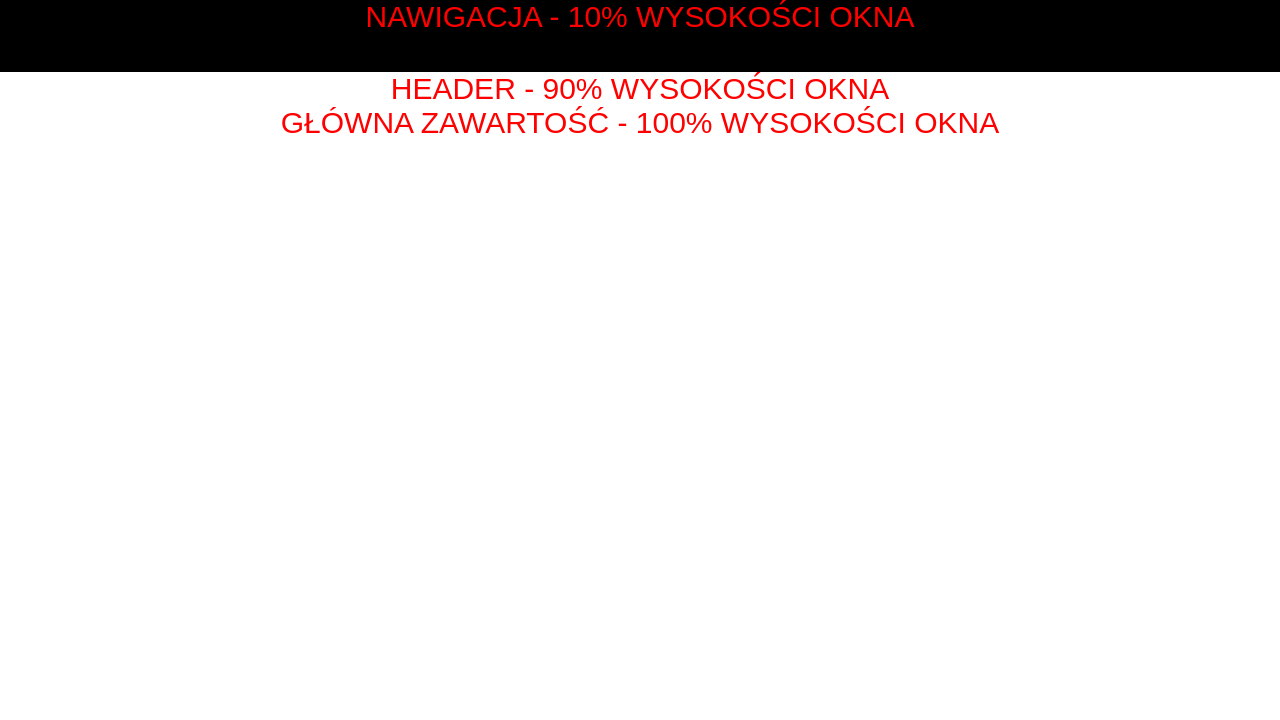
Repository: jasonj2333/advance_CSS
Page: 01-Header, Nav/start.html
These files come from the project's save history. The page is drawn as it stood at one moment and after the next save; the edit follows.
The browser window is 1280 px wide. The pictures show the whole page.

Above is the page before, as saved 2019-04-23 18:29:28.

After the next save:
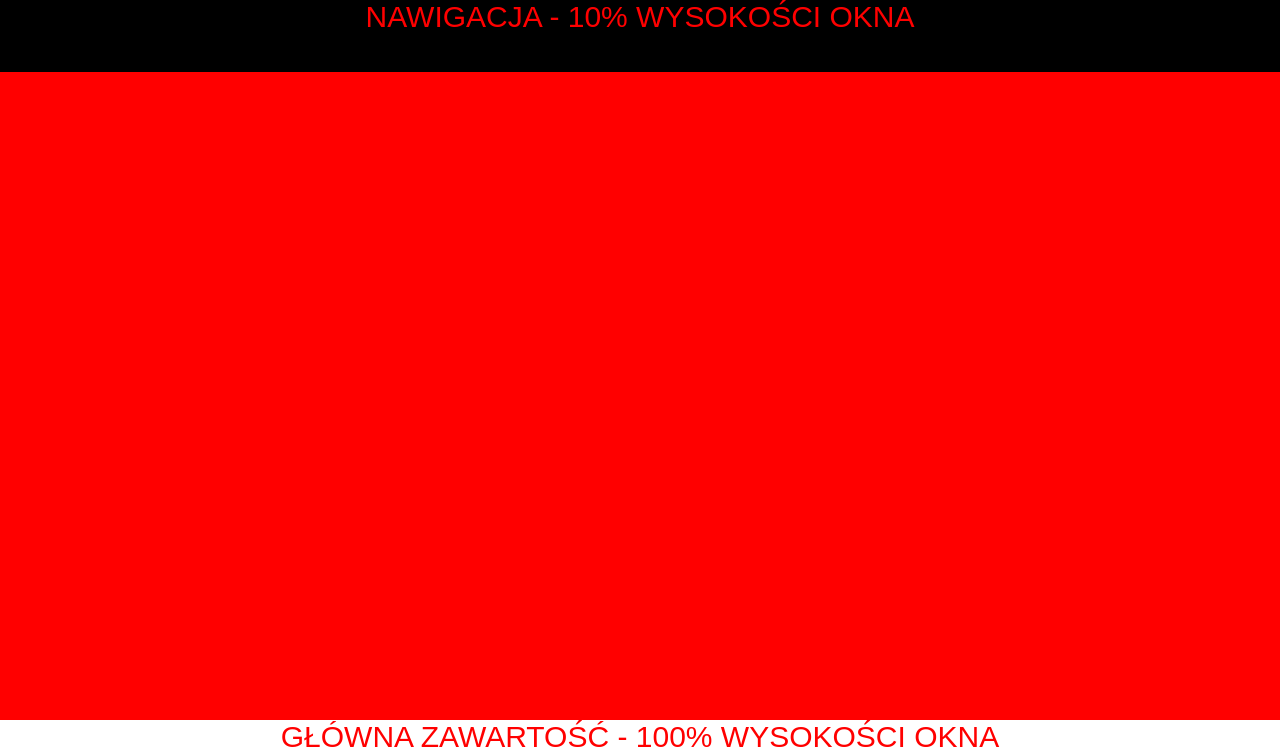
Saved 37 s later.
--- a/01-Header, Nav/start.html
+++ b/01-Header, Nav/start.html
@@ -25,6 +25,11 @@
             height: 10vh;
             width: 100% position: fixed;
         }
+
+        header {
+            background-color: rgb(255, 0, 0);
+            height: 90vh;
+        }
     </style>
 </head>
 
